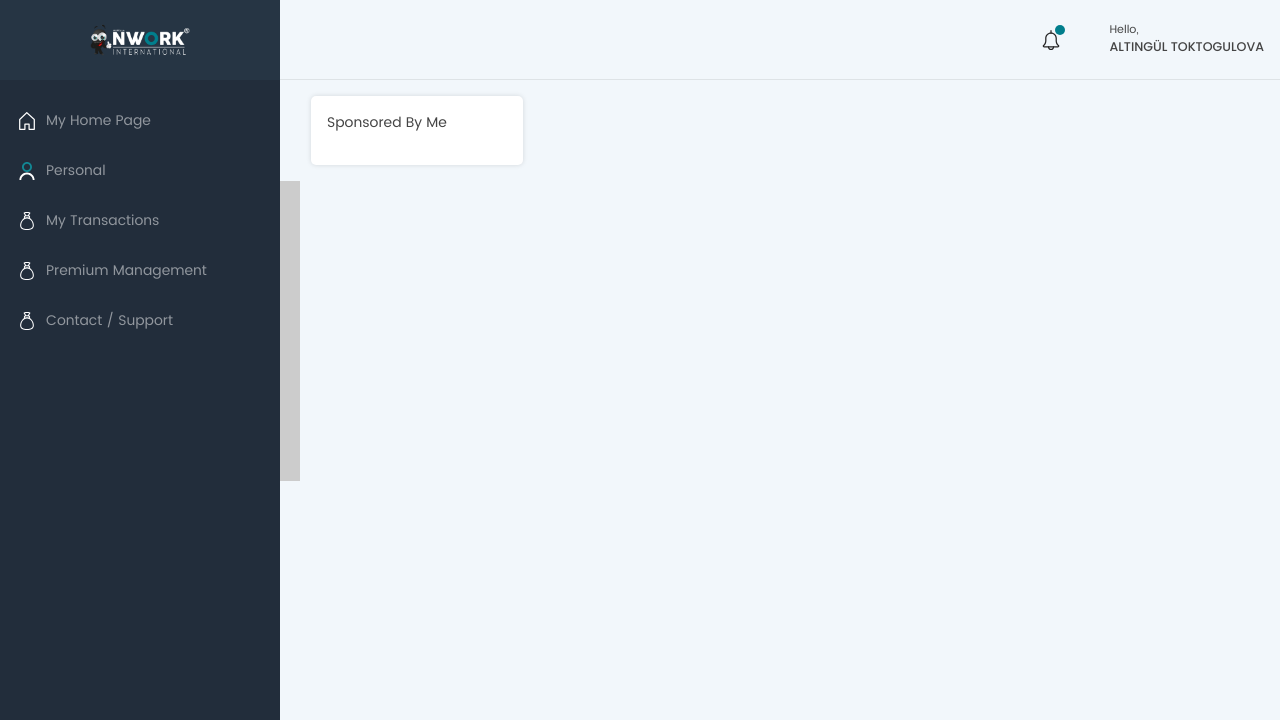
Repository: KayahanKahriman/nwork-admin
Page: index.html
The author's editor kept a copy of each file at every save. The page is drawn from the files as they stood at one save, then again after the next save.
The browser window is 1280 px wide. The pictures show the whole page.
Some web fonts or font styles are not loaded; a fallback is used. The style sheet was rebuilt from its Sass, Less or Tailwind sources for each picture, by a compiler version that may differ from the author's.

Above is the page before, as saved 2021-06-09 16:04:51.

After the next save:
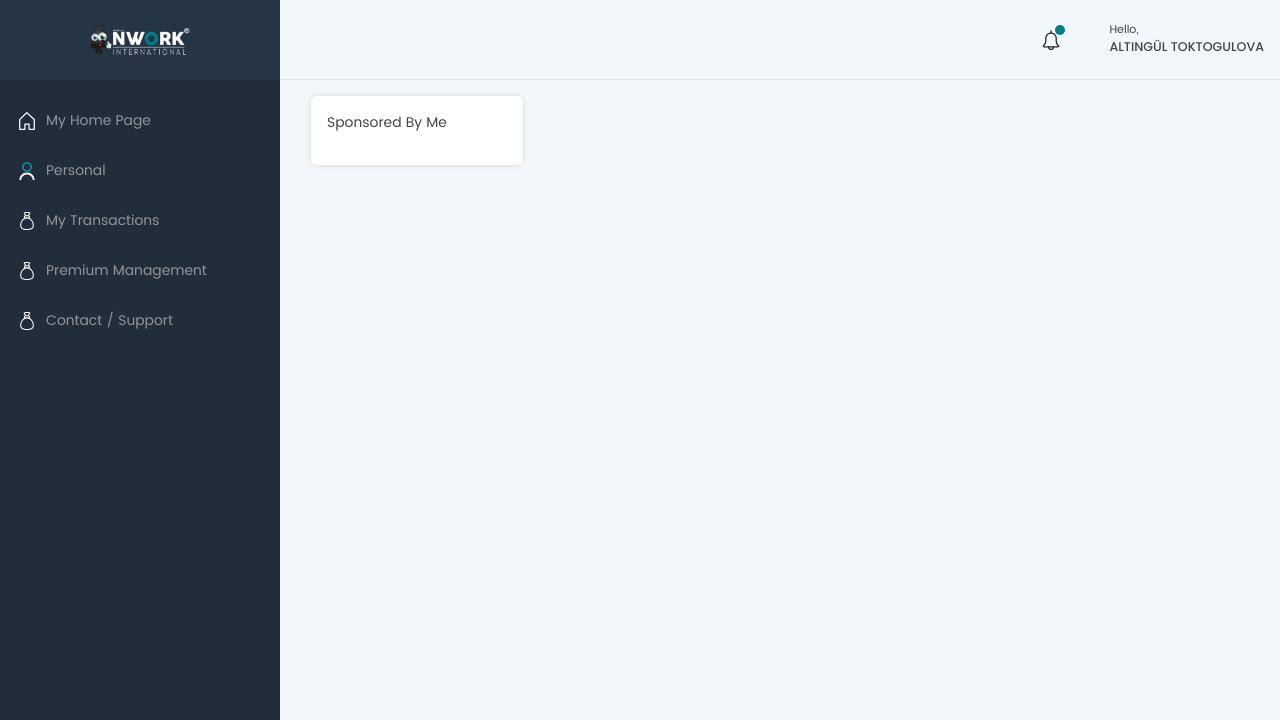
Saved 13 s later.
--- a/assets/scss/_main.scss
+++ b/assets/scss/_main.scss
@@ -5,6 +5,7 @@
 @import "sizes";
 @import "header";
 @import "aside";
+@import "user-aside";
 @import "accordion-menu";
 
 @font-face {
